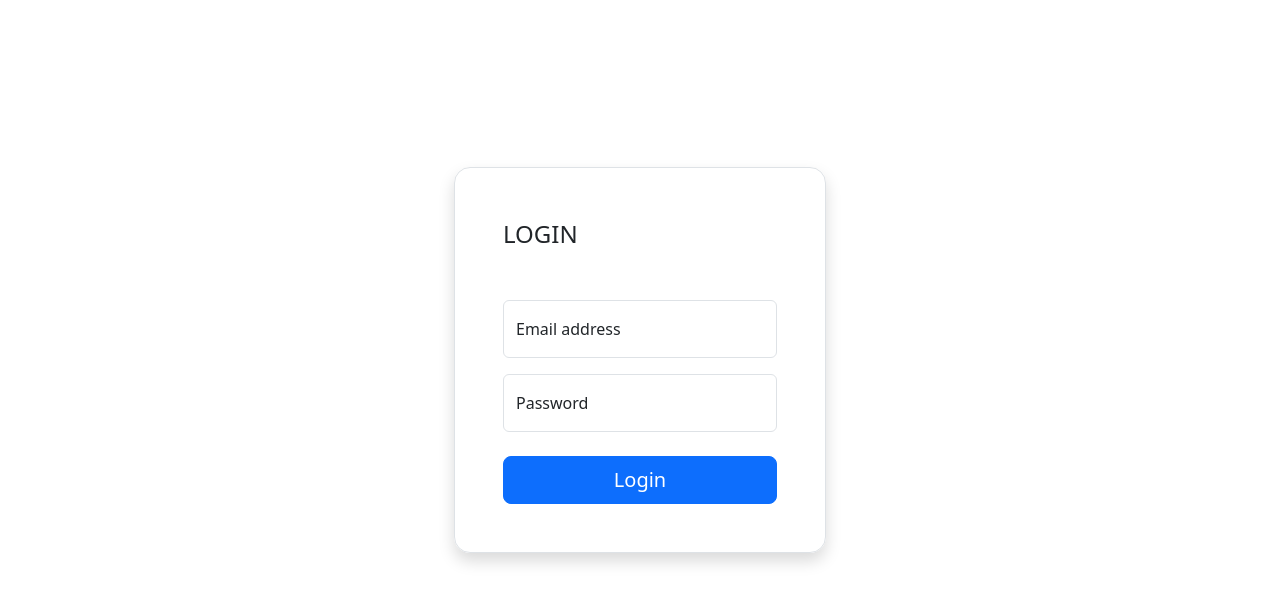
Repository: jaevoy2/lara_demo
Page: http://localhost/
These files come from the project's save history. The page is drawn as it stood at one moment and after the next save; the edit follows.
The browser window is 1280 px wide. The pictures show the whole page.
The page is served by the project's Laravel application, run on PHP 8.4 with Laravel 12. Other server files are loaded and not shown.

Above is the page before, as saved 2026-07-07 10:57:35.

### routes/web.php
<?php

use Illuminate\Support\Facades\Route;
use App\Http\Controllers\UserController;
use App\Http\Controllers\StudentController;


Route::get('/', function () {
    return view('login');
})->name('login');

Route::post('/user-login', [UserController::class, 'userLogin'])->name('userLogin');
Route::get('/home', [UserController::class, 'homeView'])->name('home');

Route::get('get-students', [StudentController::class, 'getStudents'])->name('get-students');

### resources/views/login.blade.php
@extends('_layout._auth-head')

@section('content')
    <div class="container d-flex flex-column justify-content-center align-items-center vh-100">
        <div class="container d-flex flex-column justify-content-center col-4 p-5 border rounded shadow rounded-4">
            <form action="{{route('userLogin')}}" method="POST">
                @csrf
                <p class="mb-5 fs-4">LOGIN</p>
                <div class="form-floating mb-3">
                    <input type="email" name="email" class="form-control" id="floatingInput" placeholder="name@example.com">
                        <label for="floatingInput">Email address</label>
                </div>
                <div class="form-floating mb-4">
                    <input type="password" name="password" class="form-control" id="floatingPassword" placeholder="Password">
                    <label for="floatingPassword">Password</label>
                </div>

                <div class="d-flex flex-column">
                    <button type="submit" class="btn btn-primary btn-lg">Login</button>

                    @if(session('error'))
                        <span class="text-danger">{{ session('error') }}</span>
                    @endif

                </div>
            </form>
        </div>
    </div>

@endsection

### resources/views/_layout/_auth-head.blade.php
<!DOCTYPE html>
<html lang="en">
<head>
    <meta charset="UTF-8">
    <meta name="viewport" content="width=device-width, initial-scale=1.0">
    <link href="https://cdn.jsdelivr.net/npm/bootstrap@5.3.8/dist/css/bootstrap.min.css" rel="stylesheet" integrity="sha384-sRIl4kxILFvY47J16cr9ZwB07vP4J8+LH7qKQnuqkuIAvNWLzeN8tE5YBujZqJLB" crossorigin="anonymous">
    <title>Document</title>
</head>
<body>

    @yield('content')

    <script src="https://cdn.jsdelivr.net/npm/bootstrap@5.3.8/dist/js/bootstrap.bundle.min.js" integrity="sha384-FKyoEForCGlyvwx9Hj09JcYn3nv7wiPVlz7YYwJrWVcXK/BmnVDxM+D2scQbITxI" crossorigin="anonymous"></script>
</body>
</html>

After the next save:
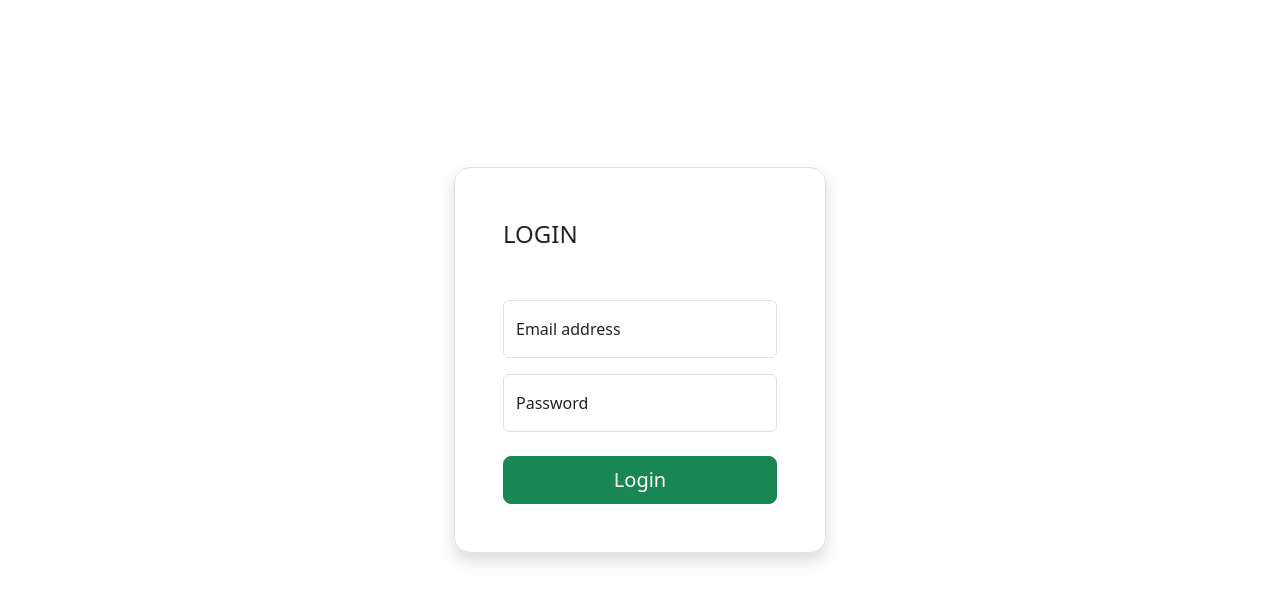
Saved 6 s later.
--- a/resources/views/login.blade.php
+++ b/resources/views/login.blade.php
@@ -16,7 +16,7 @@
                 </div>
 
                 <div class="d-flex flex-column">
-                    <button type="submit" class="btn btn-primary btn-lg">Login</button>
+                    <button type="submit" class="btn btn-success btn-lg">Login</button>
 
                     @if(session('error'))
                         <span class="text-danger">{{ session('error') }}</span>

After the save that followed:
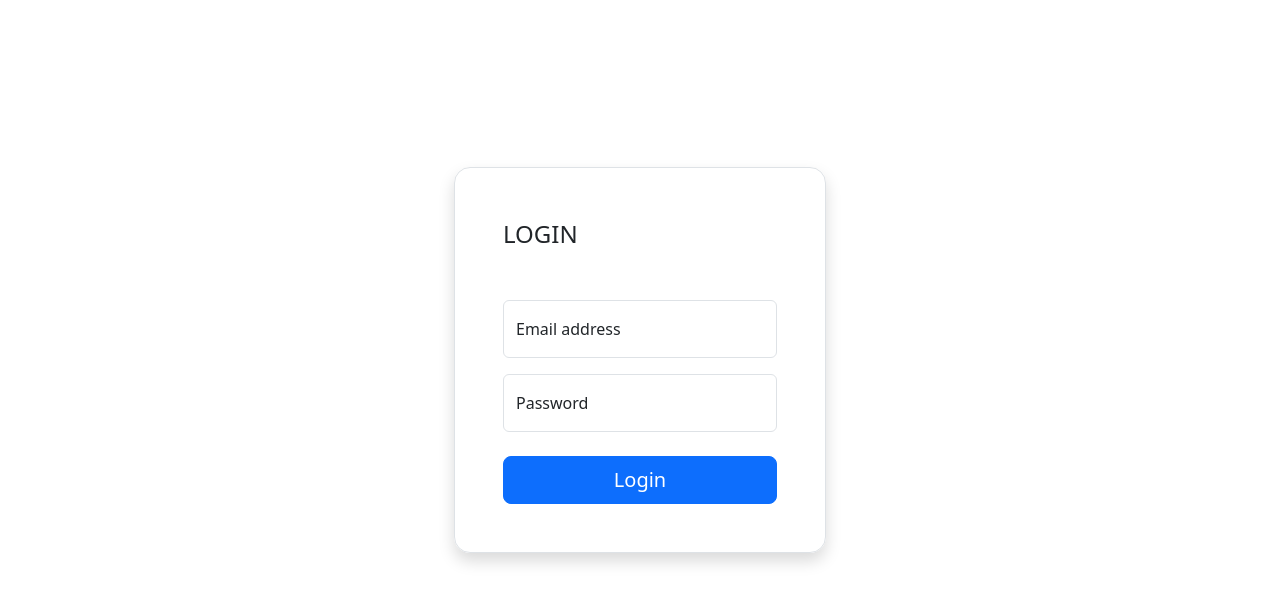
Saved 12 s later.
--- a/resources/views/login.blade.php
+++ b/resources/views/login.blade.php
@@ -16,7 +16,7 @@
                 </div>
 
                 <div class="d-flex flex-column">
-                    <button type="submit" class="btn btn-success btn-lg">Login</button>
+                    <button type="submit" class="btn btn-primary btn-lg">Login</button>
 
                     @if(session('error'))
                         <span class="text-danger">{{ session('error') }}</span>
